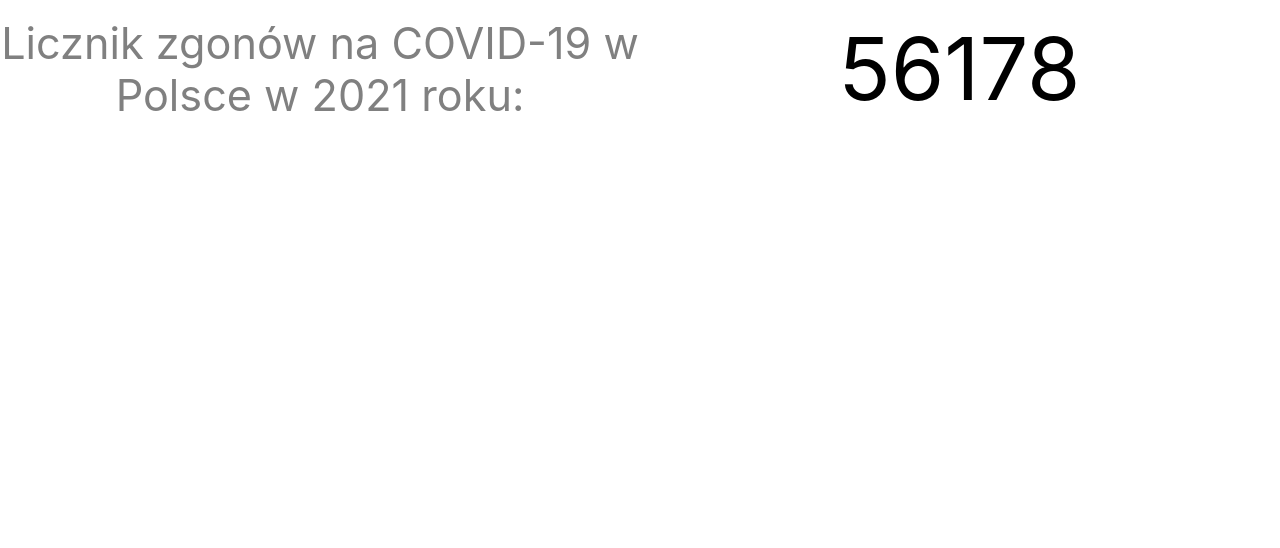
Repository: michalgornicki/poland-covid
Page: /
These files come from the project's save history. The page is drawn as it stood at one moment and after a run of saves; the edit follows.
The browser window is 1280 px wide. The pictures show the whole page.
The project was rebuilt for these pictures with package versions that can differ from the ones it lists, and the page was loaded fresh each time.

Above is the page before, as saved 2021-12-04 19:10:54.

### src/App.jsx
import React, { useEffect } from 'react';
import './App.css';

function App() {



  const startTime = () => {
    const date = new Date();
    let miliseconds = date.getTime();
    let seconds = Math.round(miliseconds/1000);
    let hours = seconds/3600;
    let thisYearHours = Math.round(hours - 447056);
    let thisYearSeconds = Math.round(seconds - 1609401600)

    let deaths = Math.round(thisYearSeconds*0.00192110763);
    document.getElementsByClassName('counter')[0].innerHTML =  deaths;
    setTimeout(startTime, 1000);
  }

  useEffect(() => {
    startTime()
  });

  return (
    <p>
      <div className="text-container">
      <div className="header">Licznik zgonów na COVID-19 w Polsce w 2021 roku:</div>
      <div className="counter">{""}</div>
      </div>
    </p>
  );
}

export default App;

### src/App.css
.text-container{
    display: flex;
    vertical-align: middle;
}

.header{
    font-size: 6vmin;
    display: block;
    margin: auto;
    width: 50%;
    text-align: center;
    color: gray;
}

.counter{
    font-size: 12vmin;
    display: block;
    margin: auto;
    width: 50%;
    text-align: center;
}

Loaded but not shown: public/index.html (common file); src/index.js (common file); src/index.css (common file); src/reportWebVitals.js (common file)

After the next 4 saves:
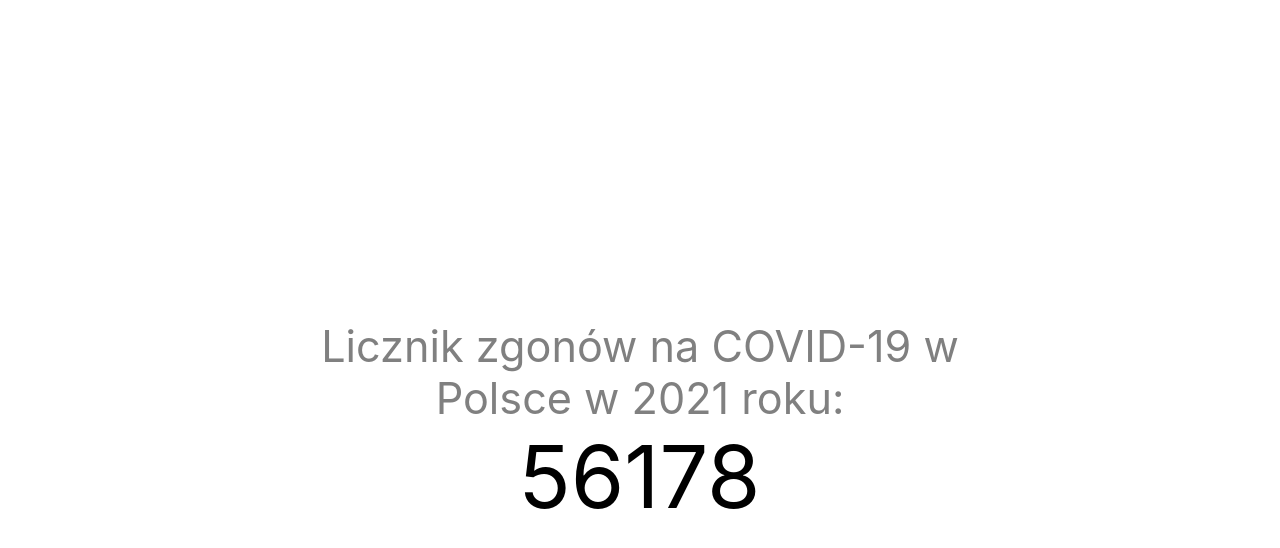
The 4 saves are shown as one change because they came seconds apart.
The last was saved 13 s later.
--- a/src/App.css
+++ b/src/App.css
@@ -1,6 +1,5 @@
 .text-container{
-    display: flex;
-    vertical-align: middle;
+    margin-top: 25%;
 }
 
 .header{
